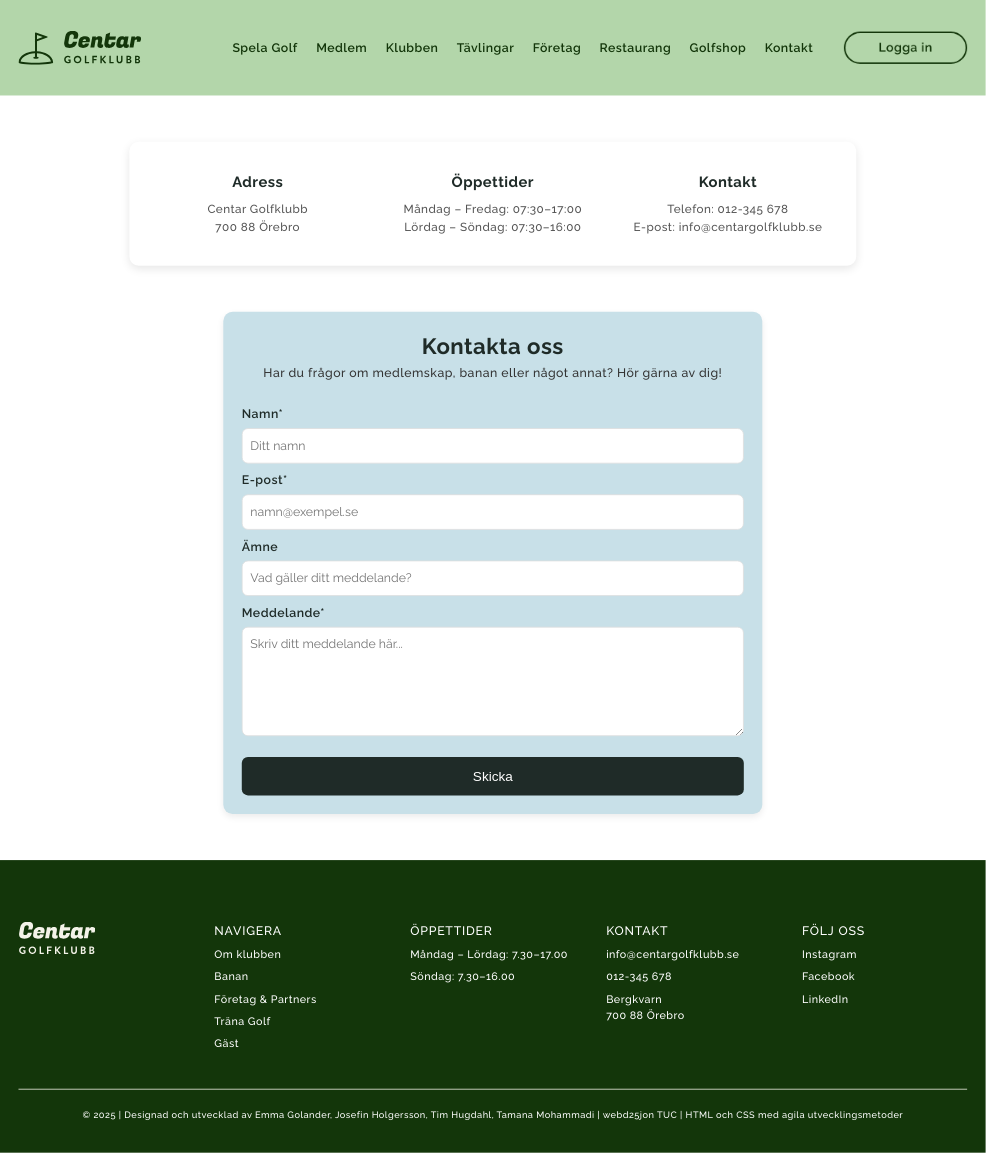
Repository: Tamana831/GolfklubbCentar
Page: kontakt.html
The author's editor kept a copy of each file at every save. The page is drawn from the files as they stood at one save, then again after the next save.
The browser window is 1280 px wide. The pictures show the whole page, at 77% of full size.

Above is the page before, as saved 2025-10-21 21:32:07.

### kontakt.html
<!DOCTYPE html>
<html lang="sv">
  <head>
    <meta charset="UTF-8" />
    <meta name="viewport" content="width=device-width, initial-scale=1.0" />
    <title>Kontakta oss</title>

    <!-- Grundstilar -->
    <link rel="stylesheet" href="styles/variables.css" />
    <link rel="stylesheet" href="styles/base.css" />
    <link rel="stylesheet" href="styles/kontakt.css"/>


   </head>

  <body>
    <!-- HEADER -->
    <header class="bg-green-mid header-start">
      <nav class="container main-nav-wrapper">
        <a href="index.html">
          <img src="images/centar_logotype_primary_dark.svg" alt="Centar logotype" class="logotype" />
        </a>

        <input type="checkbox" id="menu-toggle" />
        <label for="menu-toggle" class="menu-button-container">
          <span class="menu-button"></span>
        </label>

        <div class="menu-wrapper">
          <ul>
            <li><a href="spelagolf.html">Spela Golf</a></li>
            <li><a href="#">Medlem</a></li>
            <li><a href="#">Klubben</a></li>
            <li><a href="#">Tävlingar</a></li>
            <li><a href="#">Företag</a></li>
            <li><a href="#">Restaurang</a></li>
            <li><a href="#">Golfshop</a></li>
            <li><a href="kontakt.html" class="active">Kontakt</a></li>
          </ul>
          <a href="#" class="button btn-primary-outline">Logga in</a>
        </div>
      </nav>
    </header>

    <!-- KONTAKT-BOXAR -->
    <section class="contact-wrapper">
      <div class="contact-card">
        <h2>Adress</h2>
        <p>Centar Golfklubb<br />700 88 Örebro</p>
      </div>

      <div class="contact-card">
        <h2>Öppettider</h2>
        <p>Måndag – Fredag: 07:30–17:00<br />Lördag – Söndag: 07:30–16:00</p>
      </div>

      <div class="contact-card">
        <h2>Kontakt</h2>
        <p>Telefon: 012-345 678<br />E-post: info@centargolfklubb.se</p>
      </div>
    </section>

    <!-- FORMULÄR -->
    <section class="contact-container">
      <header class="contact-header">
        <h1>Kontakta oss</h1>
        <p>Har du frågor om medlemskap, banan eller något annat? Hör gärna av dig!</p>
      </header>

      <form class="contact-form">
        <label for="name">Namn*</label>
        <input type="text" id="name" required placeholder="Ditt namn" />

        <label for="email">E-post*</label>
        <input type="email" id="email" required placeholder="namn@exempel.se" />

        <label for="subject">Ämne</label>
        <input type="text" id="subject" placeholder="Vad gäller ditt meddelande?" />

        <label for="message">Meddelande*</label>
        <textarea id="message" rows="5" required placeholder="Skriv ditt meddelande här..."></textarea>

        <button type="submit">Skicka</button>
      </form>
    </section>

    <!-- FOOTER -->
    <footer class="bg-green-dark">
      <div class="container text-white footer-wrapper">
        <nav class="foot-nav-wrapper body-sm">
          <div class="foot-nav-item foot-logo-wrapper">
            <a href="index.html">
              <img src="images/centar_logo_wordmark_neg.svg" alt="Centar logotype negative" class="logo-wordmark" />
            </a>
          </div>

          <section class="foot-nav-item">
            <h5 class="overline">Navigera</h5>
            <ul>
              <li><a href="#">Om klubben</a></li>
              <li><a href="#">Banan</a></li>
              <li><a href="#">Företag & Partners</a></li>
              <li><a href="#">Träna Golf</a></li>
              <li><a href="#">Gäst</a></li>
            </ul>
          </section>

          <section class="foot-nav-item">
            <h5 class="overline">Öppettider</h5>
            <p>Måndag – Lördag: 7.30–17.00</p>
            <p>Söndag: 7.30–16.00</p>
          </section>

          <section class="foot-nav-item">
            <h5 class="overline">Kontakt</h5>
            <a href="mailto:info@centargolfklubb.se">info@centargolfklubb.se</a>
            <a href="tel:+46123456789">012-345 678</a>
            <address>Bergkvarn<br />700 88 Örebro</address>
          </section>

          <section class="foot-nav-item">
            <h5 class="overline">Följ oss</h5>
            <ul>
              <li><a href="#">Instagram</a></li>
              <li><a href="#">Facebook</a></li>
              <li><a href="#">LinkedIn</a></li>
            </ul>
          </section>
        </nav>

        <div class="byline-wrapper text-center">
          <p>
            &copy; 2025 | Designad och utvecklad av Emma Golander, Josefin
            Holgersson, Tim Hugdahl, Tamana Mohammadi | webd25jon TUC |
            HTML och CSS med agila utvecklingsmetoder
          </p>
        </div>
      </div>
    </footer>
  </body>
</html>

### styles/variables.css
/* Variabler. I och med att vi lägger det i root så går de att nå i alla css-filer.*/
:root {
  /* FÄRGER */
  --color-green-dark: #13360a;
  --color-green-mid: #b3d6aa;
  --color-green-light: #ecf6e9;
  --color-green-accent: #14bf71;

  --color-blue-mid: #c8e0e8;
  --color-blue-light: #e4f0f4;
  --color-beige-light: #f4f3e9;

  --color-text-black: #262626;
  --color-text-grey: #3d3d3d;
  --color-text-white: #ffffff;

  /* SPACING */
  --space-xxs: 0.5rem; /* 8px, minsta avstånd, typ ikoner, små knappar*/
  --space-xs: 1rem; /* 16px, litet avstånd, tex mellan text och knapp  */
  --space-sm: 1.5rem; /* 24px, lite större, ofta mellan rubrik och text */
  --space-md: 2.5rem; /* 40px, ännu lite större, ofta mellan större rubrik och text */
  --space-lg: 3.5rem; /* 56px */
  --space-xl: 5rem; /* 80px, större block, typ mellan sektioner*/
  --space-xxl: 7.5rem; /* 120px, stort avstånd mellan sektioner */
}

### styles/base.css
@import url("https://fonts.googleapis.com/css2?family=Raleway:ital,wght@0,100..900;1,100..900&display=swap");
/* Reset */
* {
  box-sizing: border-box;
  margin: 0;
  padding: 0;
  line-height: 1.5;
}

body {
  color: var(--color-text-black); /* Textfärg för hela sidan */
  font-family: "Raleway", sans-serif;
  font-weight: 500;
  letter-spacing: 0.6px;
  -webkit-font-smoothing: antialiased;
  -moz-osx-font-smoothing: grayscale;
}

/* Klassen container styr sidans maxbredd. */
.container {
  margin: 0 auto;
  max-width: 1280px;
  /* Är det för tight padding i mobil?? */
  padding-left: var(--space-sm);
  padding-right: var(--space-sm);
}
/* @media (min-width: 768px) {
  .container {
    padding-left: var(--space-sm);
    padding-right: var(--space-sm);
  }
} */

/* ---------- BAKGRUNDSFÄRG styling  ---------- */
/* Gör vad som känns enklast, antingen med klass på html-elmentet eller med hjälp av css direkt på elementet. */
.bg-green-dark {
  background-color: var(--color-green-dark);
}
.bg-green-mid {
  background-color: var(--color-green-mid);
}
.bg-green-light {
  background-color: var(--color-green-light);
}
.bg-blue-mid {
  background-color: var(--color-blue-mid);
}
.bg-blue-light {
  background-color: var(--color-blue-light);
}
.bg-beige-light {
  background-color: var(--color-beige-light);
}

/* ---------- TEXT styling ---------- */
/* Utgår från mobil och skalar upp, se media queries */
/* text- för rubriker */
.text-xxl,
.text-xl,
.text-lg,
.text-md,
.text-sm {
  font-weight: 600;
  letter-spacing: normal; /* nollställer letter-spacing som är satt i body */
  line-height: 1.2;
}
.text-xxl {
  font-size: 2.5rem; /* 40px mobil, 64px desktop */
}
.text-xl {
  font-size: 2rem; /* 32px mobil, 48px desktop */
  margin-bottom: var(--space-md);
}
.text-lg {
  font-size: 1.75rem; /* 28px mobil, 32px desktop */
  margin-bottom: var(--space-sm);
}
.text-md {
  font-size: 1.25rem; /* 20px mobil, 24px desktop */
  margin-bottom: var(--space-xs);
}
.text-sm {
  font-size: 1rem; /* 16px */
  margin-bottom: var(--space-xs);
}
/* body- för brödtext och ingress */
.body-sm {
  font-size: 0.875rem; /* 14px */
}
.body {
  font-size: 1rem; /* 16px */
}
.body-lg {
  font-size: 1rem; /* 16px mobil, 20px desktop */
}
.overline {
  font-size: 1rem; /* 16px */
  font-weight: 500;
  text-transform: uppercase;
  letter-spacing: 1px;
}
/* Större px-storlek från tablet och uppåt */
@media (min-width: 768px) {
  .text-xxl {
    font-size: 4rem; /* 64px */
  }
  .text-xl {
    font-size: 3rem; /* 48px */
  }
  .text-lg {
    font-size: 2rem; /* 32px */
  }
  .text-md {
    font-size: 1.5rem; /* 24px */
  }
  .body-lg {
    font-size: 1.25rem; /* 20px */
  }
}
/* Hjälpklasser */
.text-center {
  text-align: center;
}
.text-white {
  color: var(--color-text-white);
}
.bold {
  font-weight: 700;
}
/* ----------  BUTTONS ---------- */
/* Grundstyling som gäller alla knappar (a-taggar och buttons) */
.button {
  /* Button reset */
  appearance: none; /* tar bort systemets knappstil. */
  -webkit-appearance: none; /* för Safari */
  -moz-appearance: none; /* för Firefox */
  border: none;
  font: inherit; /* Ärver samma font som sidan */
  /* Sätter fast höjd på knappar och justerar in med flex, så man vet att alla knappat alltid är lika höga. */
  height: 42px;
  width: fit-content;
  max-width: 100%;
  display: flex;
  justify-content: center;
  align-items: center;
  text-decoration: none;
  font-weight: 600;
  text-align: center;
  border-radius: 999px;
  padding: 0 var(--space-md); /* Enbart padding i sidled pga fast höjd och flex*/
  cursor: pointer;
  will-change: transform;
  transition: background-color 0.25s ease, transform 0.15s ease;
}
.button:hover {
  transform: scale(1.03);
}
.btn-primary {
  /* Mörkgrön */
  background-color: var(--color-green-dark);
  color: var(--color-beige-light);
}
.btn-cta {
  background-color: var(--color-green-accent);
  color: var(--color-text-white);
}
.btn-primary:hover,
.btn-cta:hover {
  background-color: color-mix(in srgb, var(--color-green-accent) 85%, black);
}
.btn-primary-outline {
  /* Mörkgrön outline */
  border: 2px solid var(--color-green-dark);
  background-color: transparent;
  color: var(--color-green-dark);
}
.btn-primary-outline:hover {
  background-color: var(--color-green-dark);
  color: var(--color-beige-light);
}
/* Focus ring t.ex. när man tabbar sig fram */
.button:focus-visible {
  outline: 3px solid color-mix(in srgb, var(--color-green-accent) 70%, white);
  outline-offset: 3px;
}
@media (max-width: 420px) {
  .button {
    height: auto;
    min-height: 42px;
    padding: 0.5rem var(--space-md);
    white-space: normal;
    line-height: 1.2;
  }
}

/* ---------- NAVIGATION ---------- */
.main-nav-wrapper {
  display: flex;
  justify-content: space-between;
  align-items: center;
  position: relative;
  padding-top: var(--space-sm);
  padding-bottom: var(--space-sm);
}
.logotype {
  width: 140px;
  /* Tar bort margin i botten på bild */
  display: block;
}
.menu-wrapper {
  position: absolute;
  top: 100%; /* lägger meny precis under nav */
  left: 0;
  right: 0;
  background-color: var(--color-green-mid);
  border-top: 1px solid var(--color-green-dark);
  box-shadow: 0 4px 16px 0 rgba(0, 0, 0, 0.08);
  display: flex;
  flex-direction: column;
  padding: var(--space-sm) var(--space-sm) var(--space-lg) var(--space-sm);
  gap: var(--space-xs); /* Avstånd mellan meny och knapp */
  /* Animerar opaciteten */
  max-height: 0;
  opacity: 0;
  overflow: hidden;
  transition: all 700ms cubic-bezier(0.23, 1, 0.32, 1);
}
.menu-wrapper li {
  list-style: none;
  font-size: 1.25rem;
  margin-bottom: var(--space-xs);
}
.menu-wrapper a {
  text-decoration: none;
  color: var(--color-green-dark);
  font-weight: 600;
  transition: background-color 0.5s;
}
.menu-wrapper li a:hover,
.menu-wrapper li a.current {
  padding-bottom: 4px;
  border-bottom: 2px solid var(--color-green-dark);
}
/* Styling hamburgerikon */
.menu-button-container {
  height: 100%;
  width: 32px;
  cursor: pointer;
  display: flex;
  flex-direction: column;
  justify-content: center;
  align-items: center;
}
/* Döljer själva checkboxen*/
#menu-toggle {
  display: none;
}
/* Checkbox (hamburgermenyn) kryssad, menyn visas */
#menu-toggle:checked ~ .menu-wrapper {
  max-height: 600px;
  opacity: 1;
}
/* Hamburgerikonens transformation till ett "X" */
#menu-toggle:checked + .menu-button-container .menu-button::before {
  margin-top: 0;
  transform: rotate(45deg);
}
#menu-toggle:checked + .menu-button-container .menu-button {
  background: transparent;
}
#menu-toggle:checked + .menu-button-container .menu-button::after {
  margin-top: 0;
  transform: rotate(-45deg);
}
/* Stylar "strecken" i hamburgermenyn  */
.menu-button,
.menu-button::before,
.menu-button::after {
  display: block;
  background-color: var(--color-green-dark);
  position: absolute;
  height: 3px;
  width: 30px;
  border-radius: 2px;
  transition: transform 400ms cubic-bezier(0.23, 1, 0.32, 1);
}
.menu-button::before {
  content: "";
  margin-top: -8px;
}
.menu-button::after {
  content: "";
  margin-top: 8px;
}
/* Desktop */
@media (min-width: 1024px) {
  .main-nav-wrapper {
    align-items: flex-start;
    padding-top: var(--space-md);
    padding-bottom: var(--space-md);
  }
  .logotype {
    width: 200px;
    padding-right: var(--space-md);
  }
  .menu-button-container {
    display: none; /* Döljer hamburgarikon */
  }
  .menu-wrapper {
    position: static;
    background-color: transparent;
    display: flex;
    flex-direction: row;
    align-items: flex-start;
    padding: 0;
    gap: var(--space-md); /* Avstånd mellan meny och knapp */
    box-shadow: none;
    border-top: none;
    /* Återställer styling för animering */
    max-height: none;
    opacity: 1;
    overflow: visible;
    transition: none;
  }
  .menu-wrapper ul {
    display: flex;
    flex-wrap: wrap;
    justify-content: center;
    align-items: center;
    column-gap: var(--space-sm);
    row-gap: var(--space-xs);
  }
  .menu-wrapper li {
    margin-bottom: 0;
    font-size: 1rem;
  }
  .menu-wrapper .button {
    min-width: 160px; /* Måste sätta bredd annars vill texten hamna på två rader */
  }
}
@media (min-width: 1200px) {
  .main-nav-wrapper {
    align-items: center;
  }
  .menu-wrapper {
    align-items: center;
  }
}

/* Exempel-styling */
.hero {
  display: flex;
  flex-direction: column;
  justify-content: center;
  align-items: center;
  background-color: plum; /* Färg och höjd för att man ska se något nu.*/
  height: 500px;
  margin-bottom: var(--space-xl);
}
.btn-wrapper {
  display: flex;
  gap: var(--space-xs);
}

/* ----------  FOOTER ---------- */
/* Container-klassen styr padding i sidled så sätter top och bottom här. */
.footer-wrapper {
  padding-top: var(--space-xl);
  padding-bottom: var(--space-md);
}
.foot-nav-wrapper {
  display: grid; /* Grid aktiverad från start */
  grid-template-columns: 1fr;
  gap: var(--space-md); /* Mellanrum mellan sektioner */
  margin-bottom: var(--space-md);
}
footer .logo-wordmark {
  width: 100px;
}
footer .overline {
  margin-bottom: var(--space-xxs);
}
.foot-nav-item a,
.foot-nav-item p,
.foot-nav-item address {
  margin-bottom: var(--space-xxs);
  font-style: normal;
}
.foot-nav-item li {
  list-style: none;
}
.foot-nav-item a {
  display: block;
  text-decoration: none;
  color: var(--color-text-white);
}
.foot-nav-item a:hover {
  text-decoration: underline;
}
.byline-wrapper {
  border-top: 0.5px solid var(--color-beige-light);
}
.byline-wrapper p {
  font-size: 0.75rem;
  padding-top: var(--space-sm);
}
/* Tablet */
@media (min-width: 768px) {
  .foot-nav-wrapper {
    grid-template-columns: repeat(3, 1fr);
  }
  .foot-logo-wrapper {
    grid-column: span 3;
  }
}
/* Desktop */
@media (min-width: 1200px) {
  .foot-nav-wrapper {
    grid-template-columns: repeat(5, 1fr);
  }
  .foot-logo-wrapper {
    grid-column: span 1;
  }
}

### styles/kontakt.css
/* --- BAKGRUNDSSEKTION (HELA KONTAKTDELEN) --- */
.contact-section {
  background: url('images/golf.jpg') no-repeat center center/cover;
  padding: 60px 0;
  position: relative;
}

/* Mörk overlay för bättre läsbarhet */
.contact-section::before {
  content: "";
  position: absolute;
  inset: 0;
  background: rgba(0, 0, 0, 0.25);
}

.contact-container,
.contact-wrapper {
  position: relative;
  z-index: 2;
}

/* --- KONTAKT-KORT WRAPPER --- */
.contact-wrapper {
  display: flex;
  justify-content: space-between;
  align-items: stretch;
  gap: 24px;
  max-width: 944px;
  margin: 60px auto;
  border: 2px solid #fff;
  border-radius: 12px;
  background: #fff;
  box-shadow: 0 4px 12px rgba(0, 0, 0, 0.1);
  padding: 24px;
  flex-wrap: nowrap;
  overflow: hidden;
}

.contact-card {
  text-align: center;
  background: #fff;
  flex: 1;
  padding: 12px;
  transition: 0.2s ease;
}

.contact-card:hover {
  transform: translateY(-3px);
}

.contact-card h2 {
  font-size: 1.2rem;
  margin-bottom: 10px;
  color: #1f2b28;
}

.contact-card p {
  font-size: 0.95rem;
  color: #555;
  line-height: 1.5;
}

/* --- FORMULÄR --- */
.contact-container {
  max-width: 700px;
  margin: 60px auto;
  padding: 24px;
  background: #C8E0E8;
  border-radius: 12px;
  box-shadow: 0 4px 10px rgba(0, 0, 0, 0.08);
}

.contact-header {
  text-align: center;
  margin-bottom: 30px;
}

.contact-header h1 {
  font-size: 1.8rem;
  color: #1f2b28;
}

.contact-header p {
  color: #333;
  font-size: 1rem;
}

.contact-form label {
  display: block;
  margin-top: 10px;
  font-weight: 600;
  color: #1f2b28;
}

.contact-form input,
.contact-form textarea {
  width: 100%;
  padding: 10px;
  margin-top: 6px;
  border: 1px solid #ddd;
  border-radius: 8px;
  font-size: 1rem;
  font-family: inherit;
  background: #fff;
}

.contact-form button {
  margin-top: 20px;
  width: 100%;
  padding: 12px;
  background: #1f2b28;
  color: white;
  border: none;
  border-radius: 8px;
  cursor: pointer;
  font-size: 1.1rem;
  transition: background 0.2s ease;
}

.contact-form button:hover {
  background: #3a4a46;
}

/* --- RESPONSIVT --- */
@media (max-width: 768px) {
  .contact-wrapper {
    flex-direction: column;
    flex-wrap: wrap;
    padding: 20px;
  }

  .contact-card {
    width: 100%;
    min-height: auto;
  }

  .contact-container {
    margin: 30px 16px;
    padding: 20px;
  }
}

After the next save:
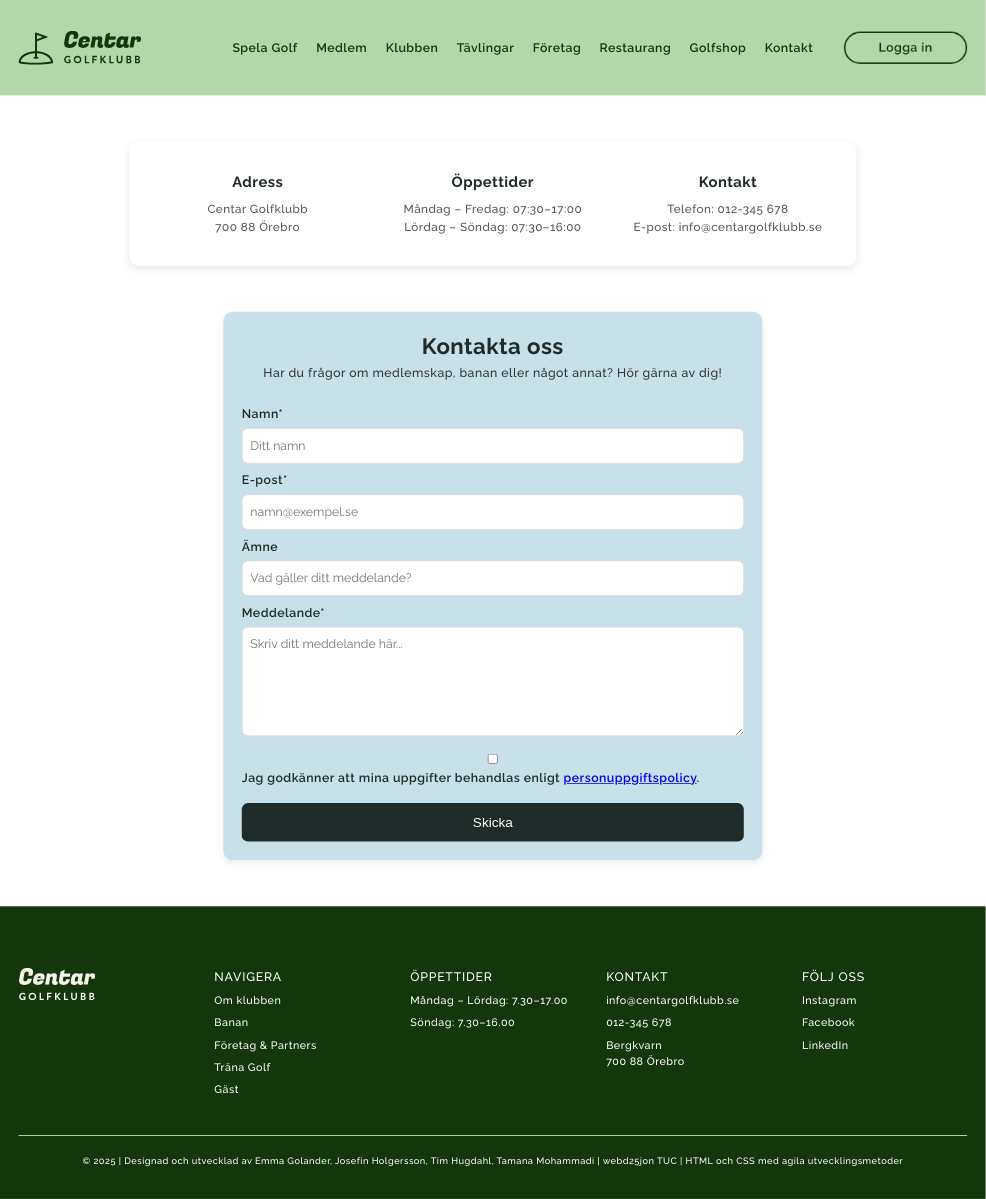
Saved 2 min 44 s later.
--- a/kontakt.html
+++ b/kontakt.html
@@ -79,7 +79,11 @@
 
         <label for="message">Meddelande*</label>
         <textarea id="message" rows="5" required placeholder="Skriv ditt meddelande här..."></textarea>
-
+<label class="gdpr-label">
+  <input type="checkbox" required>
+  Jag godkänner att mina uppgifter behandlas enligt
+  <a href="#" target="_blank">personuppgiftspolicy</a>.
+</label>
         <button type="submit">Skicka</button>
       </form>
     </section>

After the 2 saves that followed:
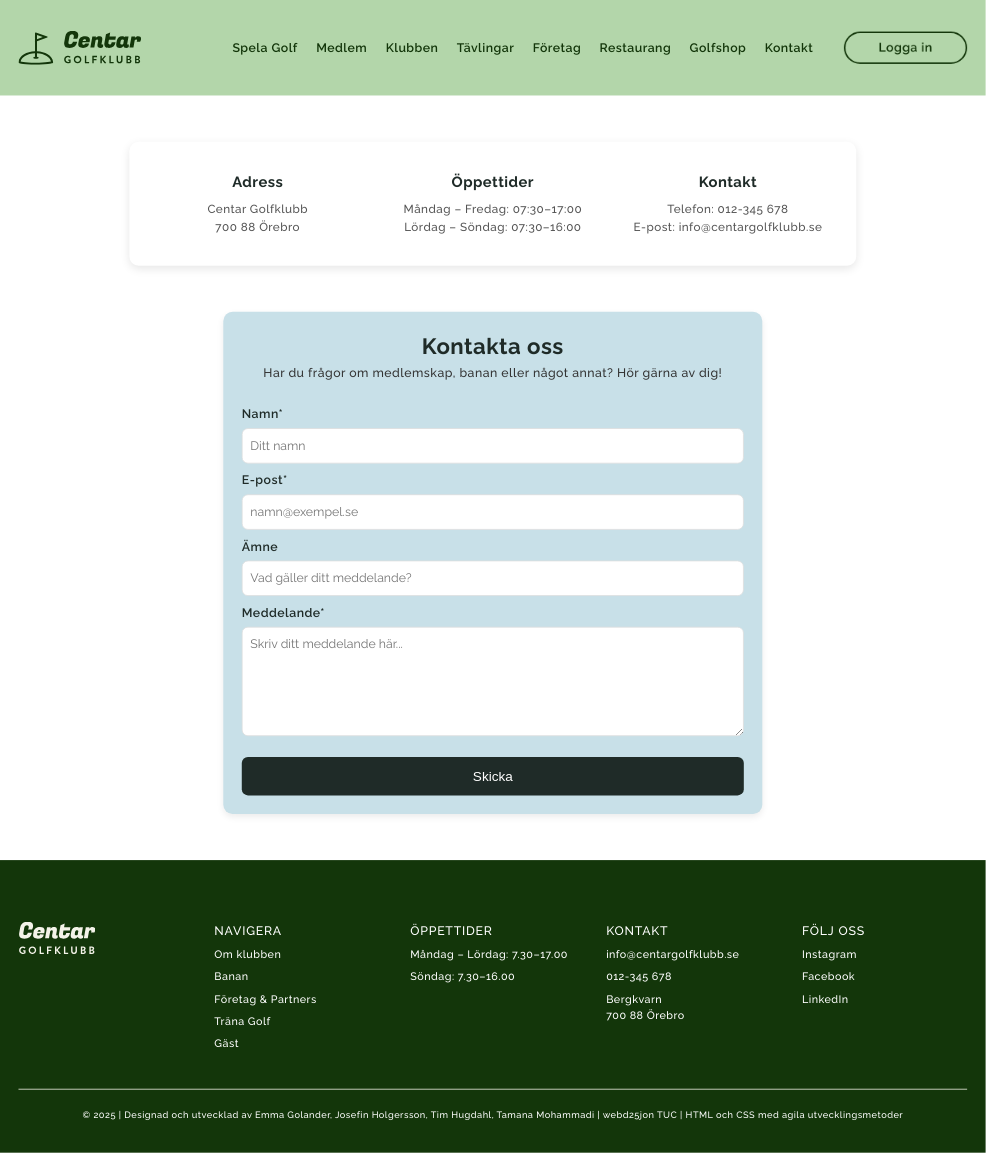
The 2 saves are shown as one change because they came seconds apart.
The last was saved 49 s later.
--- a/kontakt.html
+++ b/kontakt.html
@@ -79,11 +79,7 @@
 
         <label for="message">Meddelande*</label>
         <textarea id="message" rows="5" required placeholder="Skriv ditt meddelande här..."></textarea>
-<label class="gdpr-label">
-  <input type="checkbox" required>
-  Jag godkänner att mina uppgifter behandlas enligt
-  <a href="#" target="_blank">personuppgiftspolicy</a>.
-</label>
+
         <button type="submit">Skicka</button>
       </form>
     </section>
